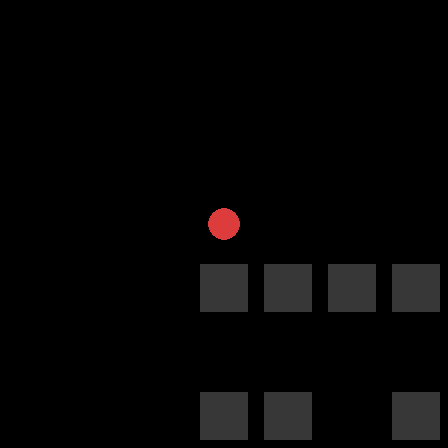
Repository: Nakib-Arman/Game-Jam-2026
Script's output: python main.py
The author's editor kept a copy of each file at every save. The script's output is drawn from the files as they stood at one save, then again after the next save.
The window is shown after at most 60 frames with no key pressed. Random numbers start from a fixed seed.

Above is the script's output before, as saved 2026-01-24 19:37:29.

### main.py
import pygame
from cave import generate_maze

# ======================
# CONFIGURATION
# ======================

# World size (maze)
WORLD_ROWS = 41
WORLD_COLS = 41

# Viewport (how much is rendered)
VIEW_ROWS = 7
VIEW_COLS = 7

# Cell sizes
BASE_CELL_SIZE = 64          # overall scale
PATH_SCALE = 1.0             # 0 cells
WALL_SCALE = 0.75             # 1 cells (smaller)

# Movement
MOVE_DELAY = 180              # milliseconds (higher = slower)

# FPS
FPS = 60

# Colors
BLACK = (0, 0, 0)
DARK_GRAY = (55, 55, 55)
GREEN = (0, 200, 0)
RED = (220, 60, 60)

# ======================
# INITIALIZE PYGAME
# ======================

pygame.init()
SCREEN_WIDTH = VIEW_COLS * BASE_CELL_SIZE
SCREEN_HEIGHT = VIEW_ROWS * BASE_CELL_SIZE

screen = pygame.display.set_mode((SCREEN_WIDTH, SCREEN_HEIGHT))
pygame.display.set_caption("Cave Explorer")
clock = pygame.time.Clock()

# ======================
# GAME STATE
# ======================

maze = generate_maze(WORLD_ROWS, WORLD_COLS)

player_x, player_y = 0, 0
player_radius = BASE_CELL_SIZE // 4

last_move_time = 0  # for movement cooldown

# ======================
# HELPERS
# ======================

def can_move(x, y):
    return (
        0 <= x < WORLD_COLS and
        0 <= y < WORLD_ROWS and
        maze[y][x] != 1
    )

def get_camera_offset():
    cam_x = player_x - VIEW_COLS // 2
    cam_y = player_y - VIEW_ROWS // 2
    return cam_x, cam_y

# ======================
# RENDERING
# ======================

def draw_world():
    cam_x, cam_y = get_camera_offset()

    for row in range(VIEW_ROWS):
        for col in range(VIEW_COLS):
            world_x = cam_x + col
            world_y = cam_y + row

            screen_x = col * BASE_CELL_SIZE
            screen_y = row * BASE_CELL_SIZE

            if not (0 <= world_x < WORLD_COLS and 0 <= world_y < WORLD_ROWS):
                continue

            cell = maze[world_y][world_x]

            if cell == 1:
                size = int(BASE_CELL_SIZE * WALL_SCALE)
                offset = (BASE_CELL_SIZE - size) // 2
                rect = pygame.Rect(
                    screen_x + offset,
                    screen_y + offset,
                    size,
                    size
                )
                pygame.draw.rect(screen, DARK_GRAY, rect)

            else:
                size = int(BASE_CELL_SIZE * PATH_SCALE)
                rect = pygame.Rect(
                    screen_x,
                    screen_y,
                    size,
                    size
                )
                pygame.draw.rect(screen, BLACK, rect)

            if cell == 2:
                pygame.draw.circle(
                    screen,
                    GREEN,
                    (screen_x + BASE_CELL_SIZE // 2,
                     screen_y + BASE_CELL_SIZE // 2),
                    BASE_CELL_SIZE // 6
                )

    # Player (always centered)
    pygame.draw.circle(
        screen,
        RED,
        (SCREEN_WIDTH // 2, SCREEN_HEIGHT // 2),
        player_radius
    )

# ======================
# MAIN LOOP
# ======================

running = True
while running:
    clock.tick(FPS)
    current_time = pygame.time.get_ticks()

    for event in pygame.event.get():
        if event.type == pygame.QUIT:
            running = False

    # ------------------
    # MOVEMENT (SLOWED)
    # ------------------
    if current_time - last_move_time >= MOVE_DELAY:
        keys = pygame.key.get_pressed()
        dx, dy = 0, 0

        if keys[pygame.K_LEFT]:
            dx = -1
        elif keys[pygame.K_RIGHT]:
            dx = 1
        elif keys[pygame.K_UP]:
            dy = -1
        elif keys[pygame.K_DOWN]:
            dy = 1

        new_x = player_x + dx
        new_y = player_y + dy

        if can_move(new_x, new_y):
            player_x, player_y = new_x, new_y
            last_move_time = current_time

    # ------------------
    # DRAW
    # ------------------
    screen.fill(BLACK)
    draw_world()
    pygame.display.flip()

pygame.quit()

### cave.py
import random
from collections import deque

def generate_maze(rows,cols):

    maze = [[1 for _ in range(cols)] for _ in range(rows)]

    def carve(x, y):
        maze[y][x] = 0
        directions = [(0, -1), (1, 0), (0, 1), (-1, 0)]
        random.shuffle(directions)
        for dx, dy in directions:
            nx, ny = x + dx*2, y + dy*2
            if 0 <= nx < cols and 0 <= ny < rows and maze[ny][nx] == 1:
                maze[y + dy][x + dx] = 0
                carve(nx, ny)

    carve(0, 0)

    def find_farthest_cell(start_x, start_y):
        queue = deque()
        queue.append((start_x, start_y))
        distances = [[-1 for _ in range(cols)] for _ in range(rows)]
        distances[start_y][start_x] = 0

        farthest = (start_x, start_y)

        while queue:
            x, y = queue.popleft()
            for dx, dy in [(0, -1), (1, 0), (0, 1), (-1, 0)]:
                nx, ny = x + dx, y + dy
                if (
                    0 <= nx < cols and
                    0 <= ny < rows and
                    maze[ny][nx] == 0 and
                    distances[ny][nx] == -1
                ):
                    distances[ny][nx] = distances[y][x] + 1
                    queue.append((nx, ny))
                    farthest = (nx, ny)

        return farthest

    end_x, end_y = find_farthest_cell(0, 0)
    maze[end_y][end_x] = 2

    return maze

After the next save:
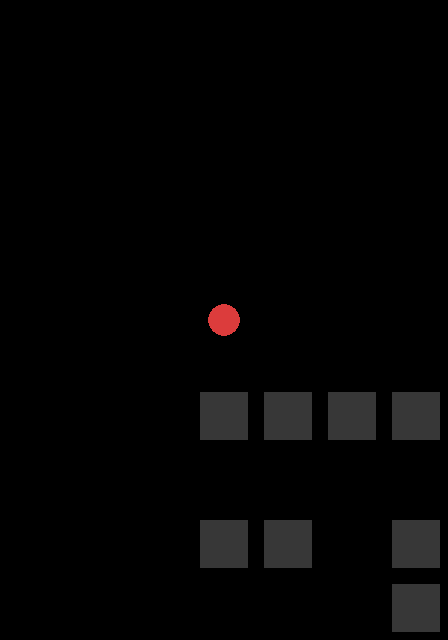
Saved 3 min 29 s later.
--- a/main.py
+++ b/main.py
@@ -10,7 +10,7 @@
 WORLD_COLS = 41
 
 # Viewport (how much is rendered)
-VIEW_ROWS = 7
+VIEW_ROWS = 10
 VIEW_COLS = 7
 
 # Cell sizes
